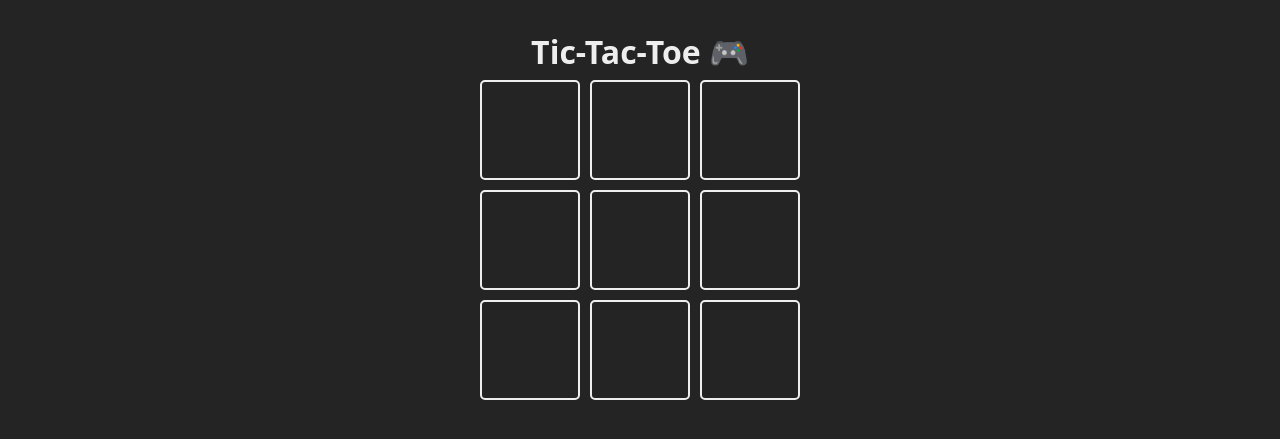
Repository: atzin-escandia/react-tic-tac-toe
Page: /
The author's editor kept a copy of each file at every save. The page is drawn from the files as they stood at one save, then again after the next save.
The browser window is 1280 px wide. The pictures show the whole page.
The project was rebuilt for these pictures with package versions that can differ from the ones it lists, and the page was loaded fresh each time. Also part of the build but not shown: vite.config.js.

Above is the page before, as saved 2023-10-07 18:53:37.

### index.html
<!DOCTYPE html>
<html lang="en">
  <head>
    <meta charset="UTF-8" />
    <link rel="icon" type="image/svg+xml" href="/vite.svg" />
    <meta name="viewport" content="width=device-width, initial-scale=1.0" />
    <title>Tic-Tac-Toe React 🎮</title>
  </head>
  <body>
    <div id="root"></div>
    <script type="module" src="/src/main.jsx"></script>
  </body>
</html>

### src/App.jsx
import { useState } from "react";
import "./index.css";

const TURNS = {
  x: "x",
  o: "o",
};

const COMBINATIONS = [
  [1, 2, 3],
  [1, 4, 7],
  [2, 5, 8],
  [3, 6, 9],
  [1, 5, 9],
];

function App() {
  const initialState = Array(9).fill(null);
  const [board, setBoard] = useState(initialState);
  const [turn, setTurn] = useState(true);

  const updateBoard = (index) => {
    const newBoard = [...board];

    if (newBoard[index]) return;
    newBoard[index] = turn ? "x" : "o";
    setTurn(!turn);
    setBoard(newBoard);

    newBoard.forEach((_, index) => {
      index;
    });

    if (!newBoard.includes(null)) {
      alert("Game over");
      setBoard(initialState);
      return;
    }
  };

  const Square = ({ children, updateBoard, index }) => {
    return (
      <div onClick={() => updateBoard(index)} className="square">
        {board[index]}
      </div>
    );
  };
  return (
    <main className="board">
      <h1>Tic-Tac-Toe 🎮</h1>
      <section className="game">
        {board.map((_, index) => {
          return (
            <Square
              key={index}
              index={index}
              updateBoard={updateBoard}
            ></Square>
          );
        })}
      </section>
    </main>
  );
}

export default App;

### src/index.css
:root {
  font-family: system-ui, -apple-system, BlinkMacSystemFont, "Segoe UI", Roboto,
    Oxygen, Ubuntu, Cantarell, "Open Sans", "Helvetica Neue", sans-serif;
  font-size: 16px;
  line-height: 24px;
  font-weight: 400;

  color-scheme: light dark;
  color: rgba(255, 255, 255, 0.87);
  background-color: #242424;

  font-synthesis: none;
  text-rendering: optimizeLegibility;
  -webkit-font-smoothing: antialiased;
  -moz-osx-font-smoothing: grayscale;
  -webkit-text-size-adjust: 100%;
}

body {
  margin: 0;
  display: flex;
  justify-content: center;
  min-width: 320px;
  min-height: 100vh;
}

* {
  padding: 0;
  margin: 0;
  box-sizing: border-box;
}

.board {
  width: fit-content;
  margin: 40px auto;
  text-align: center;
}

.board h1 {
  color: #eee;

  margin-bottom: 16px;
}

.board button {
  padding: 8px 12px;
  margin: 25px;
  background: transparent;
  border: 2px solid #eee;
  color: #eee;
  width: 100px;
  border-radius: 5px;
  transition: 0.2s;
  font-weight: bold;
  cursor: pointer;
}

.board button:hover {
  background: #eee;
  color: #222;
}

.board .game {
  display: grid;
  grid-template-columns: repeat(3, 1fr);
  gap: 10px;
}

.turn {
  display: flex;
  justify-content: center;
  margin: 15px auto;
  width: fit-content;
  position: relative;
  border-radius: 10px;
}

.turn .square,
.winner .square {
  width: 70px;
  height: 70px;
  pointer-events: none;
  border-color: transparent;
}

.square.is-selected {
  color: #fff;
  background: #09f;
}

.winner {
  position: absolute;
  width: 100vw;
  height: 100vh;
  top: 0;
  left: 0;
  display: grid;
  place-items: center;
  background-color: rgba(0, 0, 0, 0.7);
}

.winner .text {
  background: #111;
  height: 300px;
  width: 320px;
  border: 2px solid #eee;
  border-radius: 10px;
  display: flex;
  flex-direction: column;
  justify-content: center;
  align-items: center;
  gap: 20px;
}

.winner .win {
  margin: 0 auto;
  width: fit-content;
  border: 2px solid #eee;
  border-radius: 10px;
  display: flex;
  gap: 15px;
}

.square {
  width: 100px;
  height: 100px;
  border: 2px solid #eee;
  border-radius: 5px;
  display: grid;
  place-items: center;
  cursor: pointer;
  font-size: 48px;
}

Loaded but not shown: src/main.jsx (common file)

After the next save:
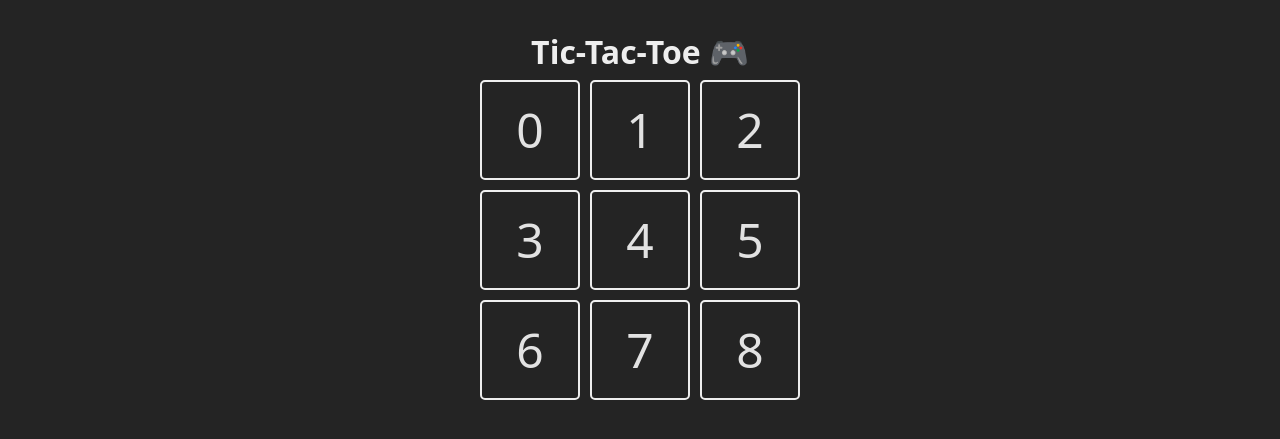
Saved 2 min 2 s later.
--- a/src/App.jsx
+++ b/src/App.jsx
@@ -7,11 +7,11 @@
 };
 
 const COMBINATIONS = [
-  [1, 2, 3],
+  [0, 1, 2],
+  [0, 3, 6],
   [1, 4, 7],
   [2, 5, 8],
-  [3, 6, 9],
-  [1, 5, 9],
+  [0, 4, 8],
 ];
 
 function App() {
@@ -42,6 +42,7 @@
     return (
       <div onClick={() => updateBoard(index)} className="square">
         {board[index]}
+        {index}
       </div>
     );
   };
